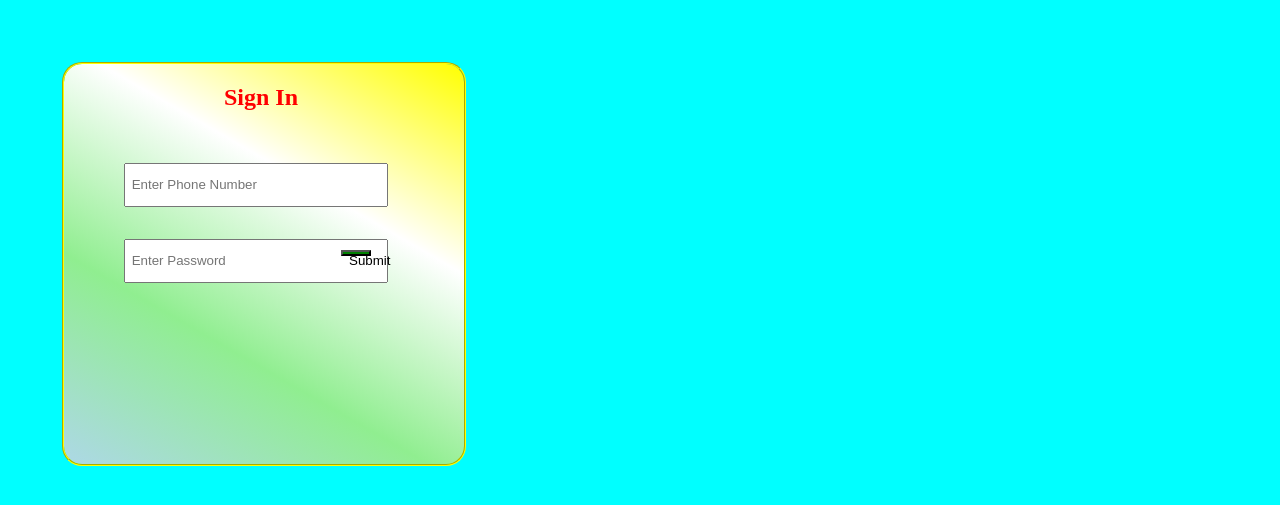
Repository: Amani-Kibet/express-app-web
Page: public/Card.html
These files come from the project's save history. The page is drawn as it stood at one moment and after the next save; the edit follows.
The browser window is 1280 px wide. The pictures show the whole page.

Above is the page before, as saved 2025-09-25 21:22:25.

### public/Card.html
<!DOCTYPE html>
<head>
  <title> Login Page</title>
  <style>
  #board{
    background: linear-gradient(30deg, lightblue, lightgreen, white, yellow);
    width: 25rem;
    height: 25rem;
    border-radius: 18px;
    outline: 2px groove yellow;
    position: absolute;
    top: 4rem;
    left: 4rem;
  }
  h2{
    color: red;
    position: relative;
    left: 10rem
  }
  .inputs{
    width: 16rem;
    height: 38px;
    position: relative;
    left: 60px;
    margin-top: 2rem;
  }
  #submit{
    background: green;
    position: relative;
    width: 30px;
    height: 2px;
  }
  </style>
</head>
<body bgColor="cyan">
  <div id="board">
    <h2>Sign In</h2>
    <input type="number" class="inputs" id="phoneI" placeholder=" Enter Phone Number">
    <input type="password" class="inputs" id="passI" placeholder=" Enter Password">
    <<button id="submit">Submit</button>
  </div>
</body>
<script>
  let input1= document.getElementById("input1");
  let btn1= document.getElementById("btn1");

  function f1(){
    let file= input1.files[0];
    let env= new FormData();
    env.append("image", file)

    fetch("http://localhost:3000/path1", {
      method: "POST",
      body: env
    })
  }


</script>
</html>

After the next save:
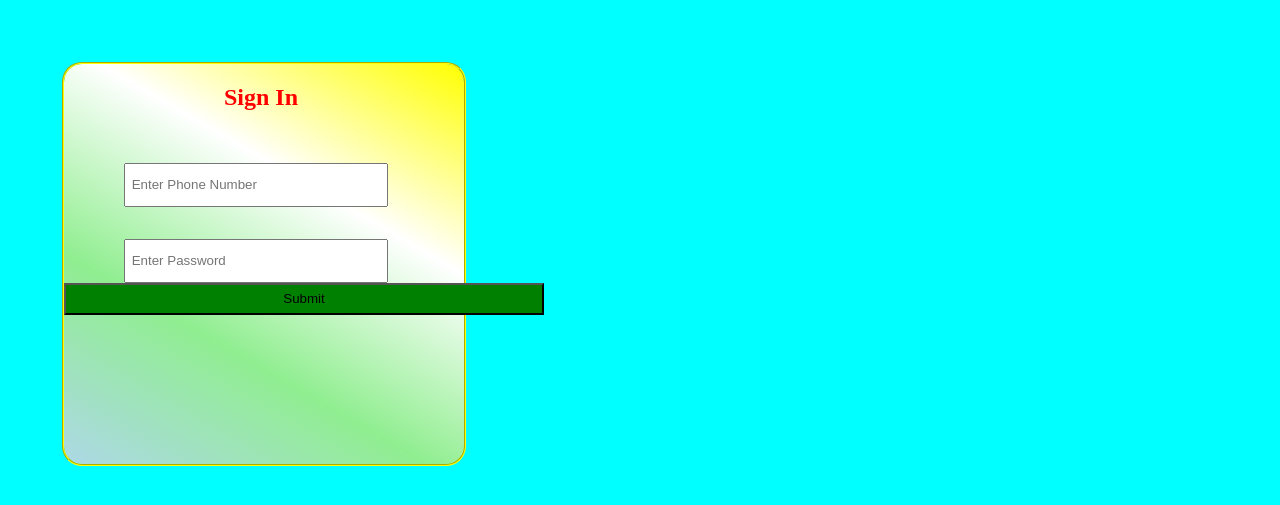
Saved 15 s later.
--- a/public/Card.html
+++ b/public/Card.html
@@ -27,8 +27,8 @@
   #submit{
     background: green;
     position: relative;
-    width: 30px;
-    height: 2px;
+    width: 30rem;
+    height: 2rem;
   }
   </style>
 </head>
